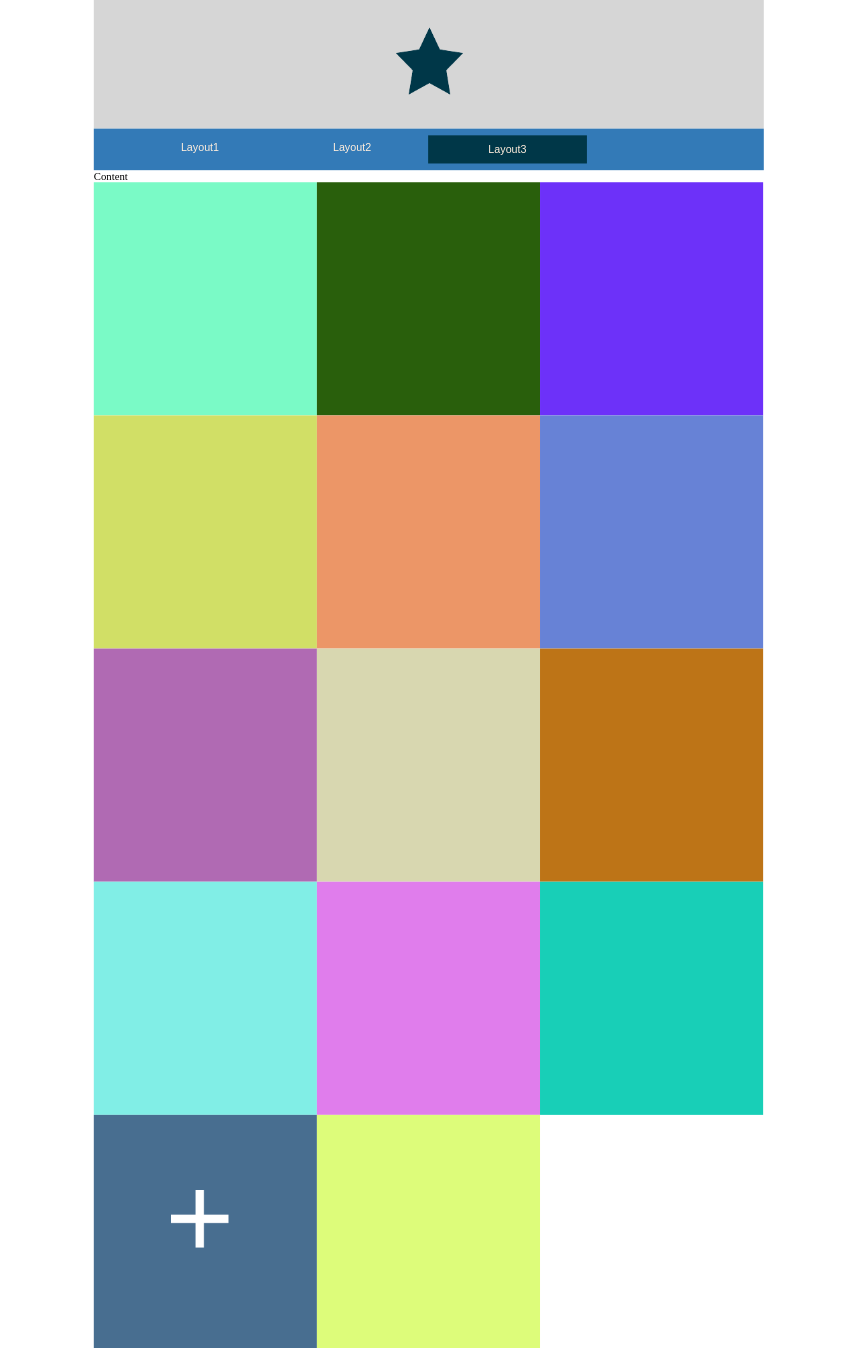
Repository: baliayassin/MyGame
Page: Documents/Aptana Studio 3 Workspace/homeWork2/layOut3.html
These files come from the project's save history. The page is drawn as it stood at one moment and after the next save; the edit follows.
The browser window is 1280 px wide. The pictures show the whole page, at 67% of full size.
After loading, the first visible `#plus` was clicked once.

Above is the page before, as saved 2017-12-13 10:54:40.

After the next save:
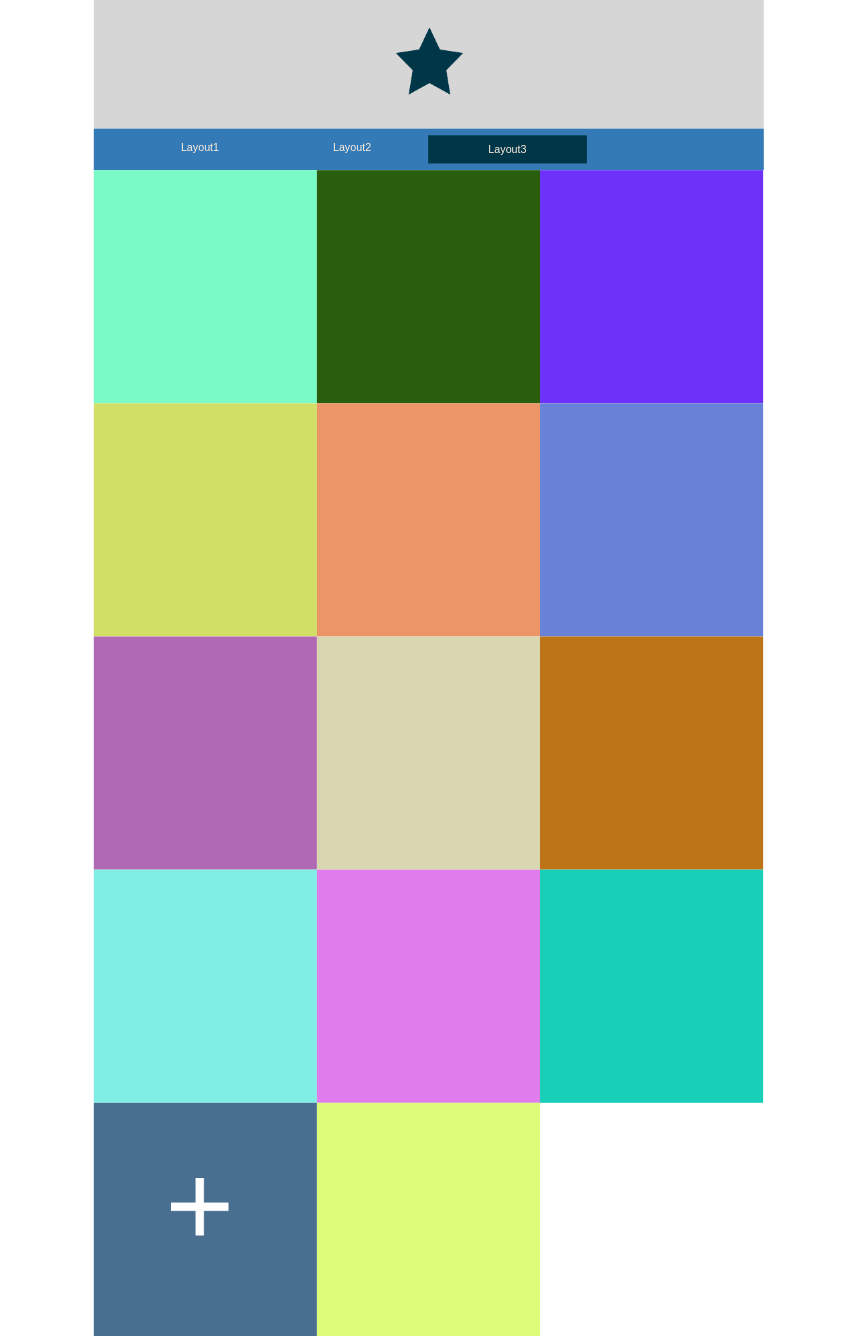
Saved 3 min 36 s later.
--- a/Documents/Aptana Studio 3 Workspace/homeWork2/layOut3.html
+++ b/Documents/Aptana Studio 3 Workspace/homeWork2/layOut3.html
@@ -40,7 +40,7 @@
 
 		<script src="includes/main.js"></script>
 
-
+<footer></footer>
 	</body>
 
 
--- a/Documents/Aptana Studio 3 Workspace/homeWork2/includes/main.js
+++ b/Documents/Aptana Studio 3 Workspace/homeWork2/includes/main.js
@@ -46,10 +46,5 @@ function addArticle(){
 	document.getElementById('boxes').appendChild(newArticle);
 
 
-	var el = document.getElementById('boxes'),
-    elChild = document.createElement('article');
-     elChild.innerHTML = 'Content';
 
-// Prepend it
-el.insertBefore(elChild, el.firstChild);
 }
